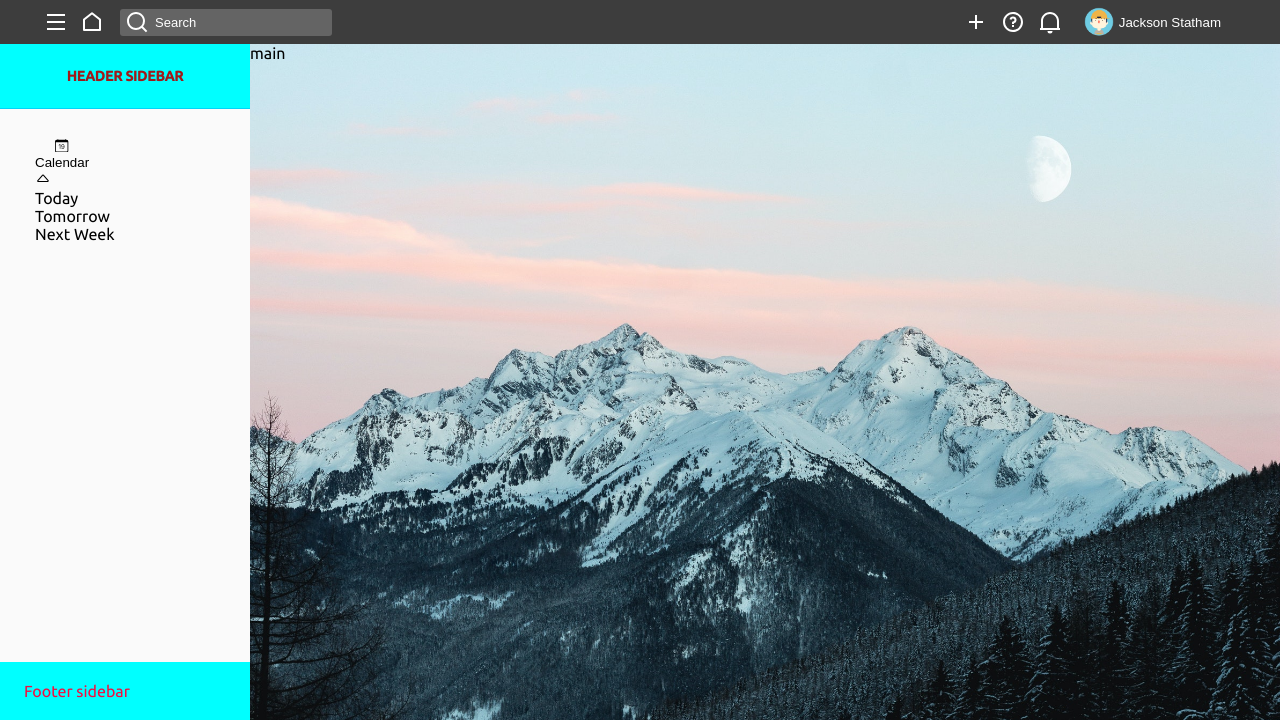
Repository: huuthe1999/to-do-list
Page: /
These files come from the project's save history. The page is drawn as it stood at one moment and after the next save; the edit follows.
The browser window is 1280 px wide. The pictures show the whole page.
The project was rebuilt for these pictures with package versions that can differ from the ones it lists, and the page was loaded fresh each time. Also part of the build but not shown: src/components/form/addForm/addForm.scss, src/components/form/addForm/AddForm.js, src/components/modal/modal.scss, src/components/modal/Modal.js.

Above is the page before, as saved 2022-02-17 13:46:14.

After the next save:
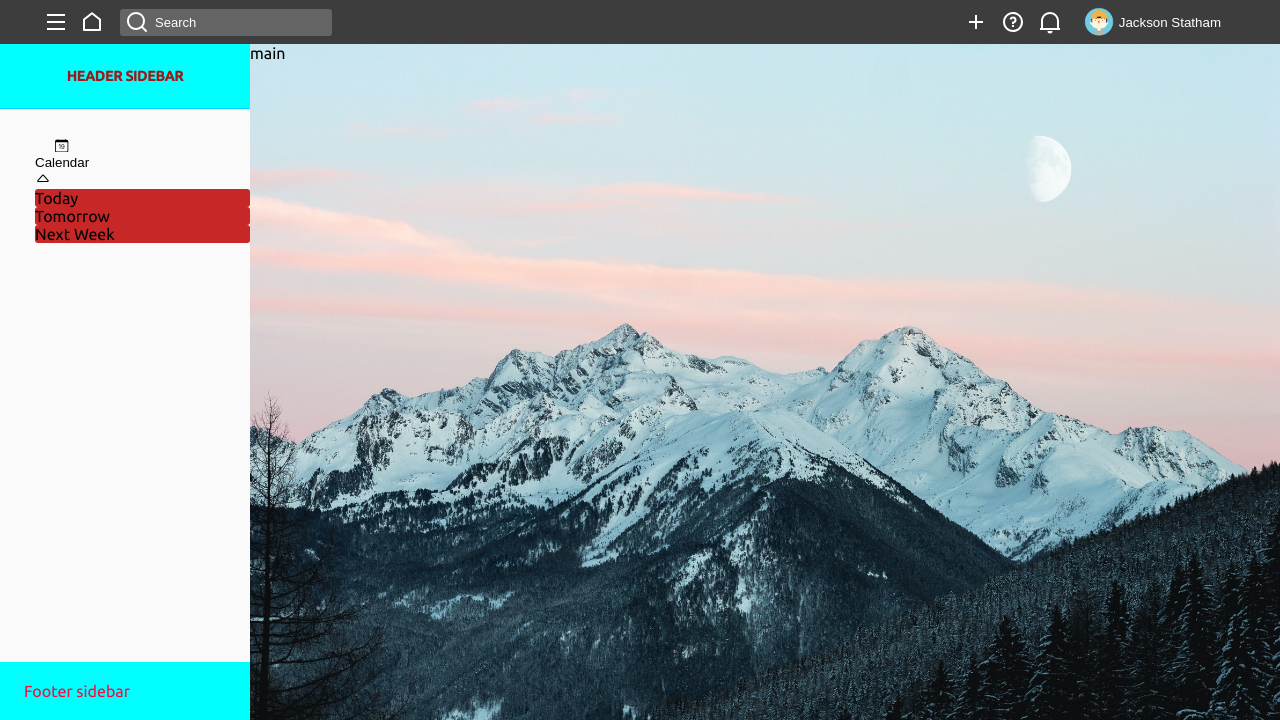
Saved 21 s later.
--- a/src/components/calendar/calendarItem/calendarItem.scss
+++ b/src/components/calendar/calendarItem/calendarItem.scss
@@ -1,2 +1,4 @@
 li {
+	border-radius: 3px;
+	background-color: rgb(199, 39, 39);
 }
